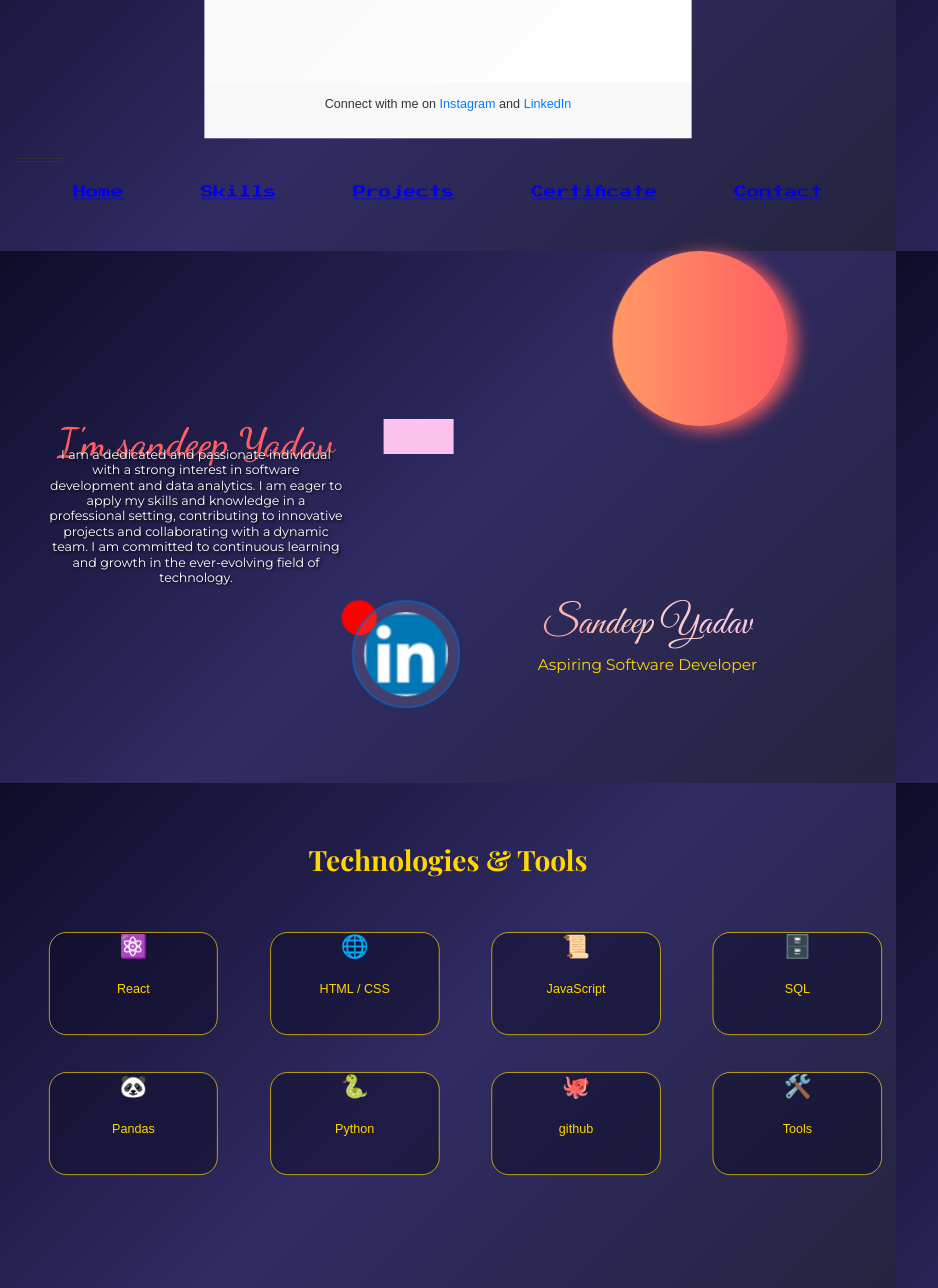
Repository: SandeepYadav18717/Sandeep_portfolio
Page: /
The author's editor kept a copy of each file at every save. The page is drawn from the files as they stood at one save, then again after the next save.
The browser window is 1280 px wide. The page is 1340 px wide, so the pictures cover 1340 px, including what lies to the right of the window. The pictures show the part of the page from y = 401 to 2241 px (the page is 4565 px tall), at 70% of full size.
The project was rebuilt for these pictures with package versions that can differ from the ones it lists, and the page was loaded fresh each time. Also part of the build but not shown: vite.config.js.

Above is the page before, as saved 2025-09-03 05:54:37.

### index.html
<<<<<<< HEAD
 <!DOCTYPE html>
<html lang="en">
<head>
    <meta charset="UTF-8">
    <meta name="viewport" content="width=device-width, initial-scale=1.0">
    <title>Portfolio - Sandeep Yadav</title>
    <style>
        body {
            margin: 0;
            font-family: 'Arial', sans-serif;
            background-color: #ffffff;
            color: #333333;
            height: 100vh;
            display: flex;
            flex-direction: column;
            justify-content: space-between;
        }

        .container {
            max-width: 1200px;
            margin: 0 auto;
            padding: 20px;
            flex: 1;
        }

        .navbar {
            display: flex;
            justify-content: space-between;
            align-items: center;
            padding: 20px;
            background-color: #f8f8f8;
            box-shadow: 0 4px 8px rgba(0, 0, 0, 0.1);
            animation: slideIn 1s ease-out;
        }

        .navbar ul {
            list-style: none;
            display: flex;
            gap: 20px;
        }

        .navbar ul li {
            display: inline;
        }

        .navbar ul li a {
            color: #333333;
            text-decoration: none;
            font-weight: bold;
            transition: color 0.3s;
        }

        .navbar ul li a:hover {
            color: #007bff;
        }

        .hero {
            text-align: center;
            padding: 100px 20px;
            background: linear-gradient(135deg, #f8f8f8, #ffffff);
            animation: fadeIn 2s ease-in-out;
            flex: 1;
        }

        .hero h1 {
            font-size: 3em;
            margin: 0;
            color: #007bff;
            animation: bounceIn 1.5s ease-in-out;
        }

        .hero p {
            font-size: 1.2em;
            margin: 20px 0;
            color: #333333;
            animation: fadeIn 2s ease-in-out;
        }

        .hero a {
            display: inline-block;
            padding: 10px 20px;
            color: #ffffff;
            background-color: #007bff;
            text-decoration: none;
            border-radius: 5px;
            transition: background-color 0.3s;
            animation: fadeIn 2s ease-in-out;
        }

        .hero a:hover {
            background-color: #0056b3;
        }

        .footer {
            text-align: center;
            padding: 20px;
            background-color: #f8f8f8;
            animation: slideIn 1s ease-out;
        }

        .footer a {
            color: #007bff;
            text-decoration: none;
        }

        @keyframes slideIn {
            from {
                transform: translateY(-100%);
                opacity: 0;
            }
            to {
                transform: translateY(0);
                opacity: 1;
            }
        }

        @keyframes fadeIn {
            from {
                opacity: 0;
            }
            to {
                opacity: 1;
            }
        }

        @keyframes bounceIn {
            0%, 20%, 40%, 60%, 80%, 100% {
                transform: translateY(0);
            }
            50% {
                transform: translateY(-20px);
            }
        }
    </style>
</head>
<body>
    <div class="container">
        <nav class="navbar">
            <div class="logo">
                <h1>Portfolio</h1>
            </div>
            <ul>
                <li><a href="index.html">Home</a></li>
                <li><a href="about sandeep.html">About</a></li>
                <li><a href="Sandeep port experience.html">Skills</a></li>
                <li><a href="Sandeep port certifications.html">Certificates</a></li>
            </ul>
        </nav>

        <section class="hero" id="home">
            <h1>Hello! I Am Sandeep Yadav</h1>
            <p>Welcome to my portfolio. Explore my work and skills.</p>

        </section>

        <footer class="footer">
            <p>Connect with me on <a href="https://instagram.com/sandeepyadav782707?utm_source=qr&igshid=ZDc4ODBmNjlmNQ%3D%3D">Instagram</a> and <a href="https://www.linkedin.com/in/sandeep-yadav-0b6357210">LinkedIn</a></p>
        </footer>
    </div>
</body>
</html>
=======
<!doctype html>
<html lang="en">
  <head>
    <meta charset="UTF-8" />
    <link rel="icon" type="image/svg+xml" href="/vite.svg" />
    <meta name="viewport" content="width=device-width, initial-scale=1.0" />
    <title>Vite + React</title>
  </head>
  <body>
    <div id="root"></div>
    <script type="module" src="/src/main.jsx"></script>
  </body>
</html>
>>>>>>> 4fd1c6c (Initial upload of React portfolio project)

### src/App.jsx
import { useEffect } from "react";
import Navbar from "./navbar/Navbar";
import Index from "./Pages/Index";
import Skills from "./Pages/Skills";

import Cards  from "./Cards/Cards";
import Contact from "./Contact/contact";
import Cert from "./Certifitae/Certi.jsx";   // 👈 yaha import kar

import "./App.css";

function App() {
  useEffect(() => {
    const observer = new IntersectionObserver(
      (entries) => {
        entries.forEach((entry) => {
          if (entry.isIntersecting) {
            entry.target.classList.add("visible");
          } else {
            entry.target.classList.remove("visible");
          }
        });
      },
      { threshold: 0.2 } // 20% section visible hote hi trigger
    );

    document.querySelectorAll(".section").forEach((sec) => {
      observer.observe(sec);
    });

    return () => observer.disconnect();
  }, []);

  return (
    <>


      <Navbar />
      <section id="home" className="section"><Index /></section>
      <section id="skills" className="section"><Skills /></section>
      <section id="projects" className="section"><Cards /></section>
      <section id="Certifitae" className="section"><Cert /></section>
       <section id="contact" className="section"><Contact /></section>
    </>
  );
}

export default App;

### src/Navbar/Navbar.jsx
import "./Navabr.css";



import { useState,useEffect } from 'react'
function Navbar() {
  const [loaded, setLoaded] = useState(false);

  useEffect(() => {
    // Trigger animation when component mounts
    setLoaded(true);
  }, []);
  function About(){
    location.href = 'Home.jsx';
    console.log("clickedded");
  }
  function Project(){
    location.href = 'Cards.jsx';
    console.log("clicked");
  }

    return (
        <div id="container">
       <a href="#home" className="nav-item">Home</a>
        <a href="#skills" className="nav-item">Skills</a>
        <a href="#projects" className="nav-item">Projects</a>
        <a href="#Certifitae" className="nav-item">Certificate</a>
        <a href="#contact" className="nav-item">Contact</a>
        </div>
    )
}

export default Navbar;

### src/Pages/Index.jsx

import "./Home.css";
import Linkdin from "../Pages/Linkdin.png"; // Adjust the path based on the actual location

function Home() {
  return (
    <>

     <div id="detail">


     <div id="overlay">I'm sandeep Yadav
       <div id="Linkdin">
        <img src={Linkdin} alt=""
        style={{
        width: "120px",
        height: "120px",
         borderRadius: "50%",
        objectFit: "cover",
        border: "2px solid #0A66C2",
           marginTop: "0px"   }} />
       </div>
      <div id="Instagram"></div>
      <div id="twitter"></div>
     </div>
     <div id="bg-Photo">

     </div>

     <div id="intro">

          I am a dedicated and passionate individual with a strong interest in
          software development and data analytics. I am eager to apply my skills
          and knowledge in a professional setting, contributing to innovative
          projects and collaborating with a dynamic team. I am committed to
          continuous learning and growth in the ever-evolving field of
          technology.

    </div>


   <div id="name">

          Sandeep Yadav
      </div>

   <div id="role">
          Aspiring Software Developer


     </div></div>
     <br/><br/><br/><br/><br/>
    </>
  );
}

export default Home;

### src/Pages/Skills.jsx
import { Card } from "../Cards/Cards"
import "./Skills.css"


function Skills() {
  return (
    <>
      <h1> Technologies & Tools</h1>
      <div id="card-skill">
        <Card
          className="card-skill-1"
          title={<>⚛️</>}
          description="React"
        />
        <Card
          className="card-skill-2"
          title={<>🌐</>}
          description="HTML / CSS"
        />
        <Card
          className="card-skill-3"
          title={<>📜</>}
          description="JavaScript"
        />
        <Card
          className="card-skill-4"
          title={<>🗄️</>}
          description="SQL"
        />
      </div>

      {/* another div line 2 */}
      <div id="card-skill">
        <Card
          className="card-skill-1"
          title={<>🐼</>}
          description="Pandas"
        />
        <Card
          className="card-skill-2"
          title={<>🐍</>}
          description="Python"
        />
        <Card
          className="card-skill-3"
          title={<>🐙</>}
          description="github"
        />
        <Card
          className="card-skill-4"
          title={<>🛠️</>}
          description="Tools"
        />
      </div>
    </>
  )
}

export default Skills;

### src/Contact/contact.jsx
import { useState } from "react";
import "./contact.css";

function Contact() {
  const [name, setName] = useState("");
  const [Email, setEmail] = useState("");
  const [phone, setPhone] = useState("");
  function on(event){
    setName(event.target.value)

  }
   function email(event){
    setEmail(event.target.value)

  }
   function Phone(event){
    setPhone(event.target.value)

  }


  return (
    <>
    <div id="heading">Get in <span style={{color:"gold"}}>Touch</span> With Us
</div>
<br />
<div id="value">
      <input
        type="text"
        onChange={on}

        placeholder="Enter your name"
        className="input-box"
      /><br />
      {name}

      <br />

      <input
      className="input-box"
        type="email"
        onChange={email}
        placeholder="Enter your Email"
      /><br />
     Email is: {Email}
<br />
       <input
       className="input-box"
        type="Phone"
        onChange={Phone}

        placeholder="Enter your Phone number"
      />
      <br />
      Mobile No:{phone}
      <br />
    <br />

  <button >submit</button>
    </div>
    </>
  );
}


export default Contact;

### src/Certifitae/Certi.jsx

import Card from "../Cards/Cards";

import "./certi.css";
import python from "./python.png";
import Html from "./Html.jpg";
import image from "./image_cd97ae3d-5304-4b07-9a13-3357f6d9babd20230831_163952.jpg";
import go from "./Googleanalytics.jpg";

function Cert() {
  return (
    <div>
<h1 style={{ fontFamily: 'Playfair Display' }}> Certifications & Achievements</h1>
      <div id="card-skills">

        <ul>
          <img src={python} alt="python" />

          <img src={Html} alt="" />

          <img src={go} />

        </ul>


      </div>


    </div>
  );
}

export default Cert;

### src/App.css

html { scroll-behavior: smooth; }

.section {
  min-height: 100vh;
  opacity: 0;
  transform: translateY(80px);
  transition: all 1.2s ease-in-out;
  transition-delay: 0.3s;
}

.section.visible {
  opacity: 1;
  transform: translateY(0);
}

### src/Navbar/Navabr.css
@import url('https://fonts.googleapis.com/css2?family=Press+Start+2P&display=swap');
html {
  scroll-behavior: smooth;
}
#container {
    height: 70px;
    width: 100%;
    display: flex;
    justify-content: space-evenly;
    align-items: center;
    font-family: 'Press Start 2P', cursive;
    color: #4e3940;
    background-color: transparent;
    transition: all 0.2s ease-in-out;
}
#container

.nav-item {
    padding: 10px 25px;
    border-radius: 10px;


    transition: all 0.4s ease;
}

#container .nav-item:hover {
    text-shadow: 2px 2px 5px whitesmoke;
    box-shadow: 0 10px 20px rgba(0,0,0,0.5);
    transform: translateY(-10px) scale(1.1);
    background-color:  #4e3940;
    color: whitesmoke;
    cursor: pointer;
}

body{
    background: linear-gradient(135deg,black);
    height: 100vh;
}

### src/Pages/Home.css
@import url('https://fonts.googleapis.com/css2?family=Great+Vibes&display=swap');
@import url("https://fonts.googleapis.com/css2?family=Dancing+Script:wght@600&display=swap");

#detail {
  position: relative;
  margin-top: 0%;
  height: auto;
  padding: 50px;
  display: flex;
  flex-direction: column;
  align-items: center;
}

#bg-Photo {
  height: 250px;
  width: 250px;
  background: linear-gradient(to right, #ff9966, #ff5e62);
  border-radius: 50%;
  margin-bottom: 30px;
  margin-left: 100vh;
  box-shadow: 12px 5px 25px #ff5e62;
  animation: photoSlide 1.5s ease forwards;
   display:flex;
 justify-content: space-between;

}

@keyframes photoSlide {
  from {
    transform: translateY(-200%);
    opacity: 0;
  }
  to {
    transform: translateY(0);
    opacity: 1;
  }
}


#name {
  font-family: 'Montserrat', sans-serif;
  font-size: 30px;
  color: white;
  margin-bottom: 10px;
  margin-left: 50%;
  animation: nameSlide 1.5s ease forwards;
}

@keyframes nameSlide {
  from {
    transform: translateX(-100%);
    opacity: 0;
  }
  to {
    transform: translateX(0);
    opacity: 1;
  }
}


#role {
  font-family: 'Montserrat', sans-serif;
  font-size: 22px;
  color: #ffd700;
  margin-bottom: 20px;
  animation: roleSlide 1.5s ease forwards;
  margin-left: 50%;
}

@keyframes roleSlide {
  from {
    transform: translateX(100%);
    opacity: 0;
  }
  to {
    transform: translateX(0);
    opacity: 1;
  }
}


#intro {
  font-family: 'Montserrat', sans-serif;
  font-size: 18px;
  color: white;
  text-align: center;
  margin-right: 100vh;
  max-width: 100vh;
  text-shadow: 2px 2px 5px black;
  animation: introSlide 2s ease forwards;
  opacity: 0;
}

@keyframes introSlide {
  from {
    transform: translateY(200%);
    opacity: 0;
  }
  to {
    transform: translateY(0);
    opacity: 1;
  }
}
#overlay {
  position: absolute;
  color:  #ff5e62;
  top: 40%;
  left: 5%;
  font-size: 400%;
  height: 100%;
}

#name {
  font-family: 'Great Vibes', cursive;
  font-size: 3.5rem;
  text-align: center;
  margin-top: 20px;


  background: linear-gradient(45deg, #ff9a9e, #fad0c4, #fbc2eb);
  background-clip: text;
  -webkit-text-fill-color: transparent;
}
#overlay{
   font-family:  'Dancing Script', cursive;
  font-size: 3.5rem;
  text-align: center;
  display:flex;
  gap:10px


}




#Linkdin{
  height:50px;
  width:50px;
  margin-top: 45%;
  background-color: red;
  border-radius: 50%;
  animation: photoSlide 1.5s ease forwards;
}
#instagram{
  background-color: #fbc2eb;
   height:50px;
  width:100px;
}

### src/Pages/Skills.css
@import url("https://fonts.googleapis.com/css2?family=Monoton&display=swap");
@import url('https://fonts.googleapis.com/css2?family=Playfair+Display:wght@400;700&display=swap');

html {
  scroll-behavior: smooth;
}
h1 {
  text-align: center;
  color: gold;

  margin-top: 20px;
  font-size: 250%;
  margin-top: 5%;
  font-family: 'Playfair Display';
}
#card-skill {
  height: 200px;
  display: flex;

  align-items: center;
  gap:2%;
  border-radius: 20px;
  color: white;
  width:100%




}
.card-skill-1,.card-skill-2,.card-skill-3,.card-skill-4{
    background-color:  rgba(15, 12, 41, 0.7);
    border: 1px solid gold;
    height:145px;
    width:250px;
    background: rgba(15, 12, 41, 0.5);
    border-radius: 25px;
    margin-left: 4%;
    margin-top: 5%;
    text-align: center;
    color: #ffd700


 ;


}
.card-skill-1:hover,.card-skill-2:hover,.card-skill-3:hover,.card-skill-4:hover,.card-skill.h3:hover{
    border-color: #ffd700;
    box-shadow: 10px 15px 15px rgba(255, 215, 0, 0.2),  0 2.5px 5px crimson;
    transform: scale(1.3);
    border:2px, double ,gold;

}
.card-skill.h3 {
  color: yellow;
  background: transparent;
  display: inline-block;
  font-size: 20px;
  transition: transform 0.3s ease, color 0.3s ease;
  height: 35px;
  width:250px;
}

### src/Cards/Card.css
@import url('https://fonts.googleapis.com/css2?family=Montserrat:wght@400;700&display=swap');
@import url('https://fonts.googleapis.com/css2?family=Cinzel:wght@600&display=swap');



#card-contain{
    display: flex;

    height:250px;
    margin-top: 10%;
    justify-content: center;
    border-radius: 25px;
    gap:4%



}


.Back {
  background: linear-gradient(135deg, #3a1c71, #d76d77, #ffaf7b);
  height: 250px;
  width: 250px;
  border-radius: 25px 80px 25px  80px;
  border: 3px double gold;
   margin-left: 0px;
   padding-left: 20px;
   padding-top: 20px;
  transition: transform 0s ease;
  box-shadow: 5px 10px 18px 5px black ;
  animation: card 1s ease-in-out 0s;

}
@keyframes card {
  0%{
    transform: scale(0.5);
    opacity: 0;


  }


  100%{
    transform: scale(1);
    opacity: 200;
  }

}

.Back:hover {
 transform: rotateY(180deg);
 height:400px;
 color: wheat;
  background: linear-gradient(135deg, #0f0c29, #302b63, #24243e);
  border: 3px solid gold;
  box-shadow: 5px 10px 18px  crimson;
  font-size: small;
  font-family:'Montserrat' ;
}

.Back-X {
  background: linear-gradient(-135deg, #3a1c71, #d76d77, #ffaf7b);
  height: 250px;
  width: 250px;
  padding-left: 20px;
  padding-top: 50px;
  border-radius: 50px;
   margin-left: 0px;
  transition: transform 0s ease;
  box-shadow: 5px 10px 18px 10px black;


}
.Back-X:hover {
  transform: rotateX(180deg);
 height:400px;
 padding-top: 20px;
 font-size: small;
 color: wheat;
  background: linear-gradient(135deg, #0f0c29, #302b63, #24243e);
  border: 3px solid gold;
  box-shadow: 5px 10px 18px  crimson;
  font-family:'Montserrat' ;



}

.card-1,.card-3  {
  border-radius: 25px;
  height: 250px;
   margin-left: 40px;
  color: transparent;
  transition: transform 1s ease;


}
.card-1:hover {
  transform: rotateY(180deg);


}


.card-2,.card-4 {

  height: 450px;
  width: 250px;
  border-radius: 25px;
   margin-left: 40px;
  transition: transform 1s ease;
  color: transparent;

}

.card-2:hover {
  transform: rotatex(180deg);

}


.card-3:hover {
  transform: rotateY(180deg);
   color: wheat;
}

.card-4:hover {
  transform: rotateX(180deg);

}
body{
 background: linear-gradient(135deg, #0f0c29, #302b63, #24243e);
            color: #f8f8f8;
            min-height: 100vh;
            padding: 20px;
}
h3{
  color: yellow;
  font-size: xx-large;
  margin-top:0% ;
}
h3:hover{
  color: yellow;

  margin-top:0% ;
}
p{
  margin-top: 0%;
}

### src/Contact/contact.css
html {
  scroll-behavior: smooth;
}

body{
    background-color: azure;
    color: aqua;
    font-size: large;
}
.input-box {
             display: inline-flex;
            align-items: center;
            gap: 15px;
            margin-top: 2%;
            padding: 18px 40px;
            background: linear-gradient(135deg, var(--gold) 0%, #B8860B 100%);
            color: var(--dark);
            border: none;
            font-weight: 600;
            border-radius: 2px;
            transition: var(--transition);
            box-shadow: 0 10px 30px rgba(212, 175, 55, 0.3);
            cursor: pointer;



}
@keyframes input {
   25% {
    transform: translateY(-1225px);
  }
  50% {
    transform: translateZ(100px) translateY(100px);
  }
  75% {
    transform: translateZ(1225px);
  }
}


.input-box:focus {
  border-color: #007bff;
  box-shadow: -4px 15px 25px rgba(240, 241, 243, 0.5);
  width: 500px;

}
button{
    display: inline-flex;
            align-items: center;

            gap: 15px;
            padding: 18px 40px;
            background: linear-gradient(to right, #ff9966, #ff5e62);
            color: Gold;
            border: yellow;
            font-weight: 600;
            border-radius: 2px;
            transition: var(--transition);
            box-shadow: 0 10px 30px rgba(212, 175, 55, 0.3);
            cursor: pointer;
}
button:hover{
     transform: translateY(-3px);
            box-shadow: 0 15px 40px rgba(212, 175, 55, 0.4);
}
#heading{
    font-size: xxx-large;
    color:  #f9dcdc;
    text-shadow: 1px 1px 4px  gold;
    text-align: center;
}

### src/Certifitae/certi.css
@import url('https://fonts.googleapis.com/css2?family=Playfair+Display:wght@400;700&display=swap');
@import url('https://fonts.googleapis.com/css2?family=Playfair+Display:wght@400;700&display=swap');
html {
  scroll-behavior: smooth;
}
h1 {
  font-family: 'Playfair Display', serif;
  font-size: 2.5rem;     /* bada heading */
  text-align: center;    /* beech me laane ke liye */
  margin-bottom: 20px;
  color: gold;           /* classy golden heading */
}
#card-skills{
    border:4px solid gold;
     height: 500px;
  display: flex;
  margin-left: 5%;
  align-items: center;
  gap:2%;
  border-radius: 20px;
  color: white;
  width:90%;
  background: linear-gradient(135deg, rgba(15, 12, 41, 0.8), rgba(48, 43, 99, 0.8));
 padding: 0px;
            margin-top: 0px;
            border: 2px solid rgba(255, 215, 0, 0.3);
        }
/* .card1,.card2,.card3,.card4{
                background: rgba(255, 255, 255, 0.1);
            border-radius: 10px;
            padding: 15px;
            width: 280px;
            height:100px;
            margin-left: 15px;
            transition: all 0.3s ease;
        }
        .card3{
            margin-top: 25%;
        }
        .card2{
            margin-left: 25%;
        }


.card1:hover,.card2:hover,.card3:hover,.card4:hover,.card-skill.h3:hover{



  transform: translateY(-5px);
            box-shadow: 0 10px 20px rgba(0, 0, 0, 0.3);
} */
img  {
      background: rgba(255, 255, 255, 0.1);
            border-radius: 10px;
            padding: 15px;
            width: 350px;
            height:250px;
            margin-left: 15px;
            margin-top: 0%;
            transition: all 0.3s ease;
}
img:hover{
     transform: translateY(-5px);
            box-shadow: 0 10px 20px rgba(0, 0, 0, 0.3);
}

Loaded but not shown: src/main.jsx (common file); src/index.css (common file); src/Cards/Cards.jsx (86 lines, source omitted)

After the next save:
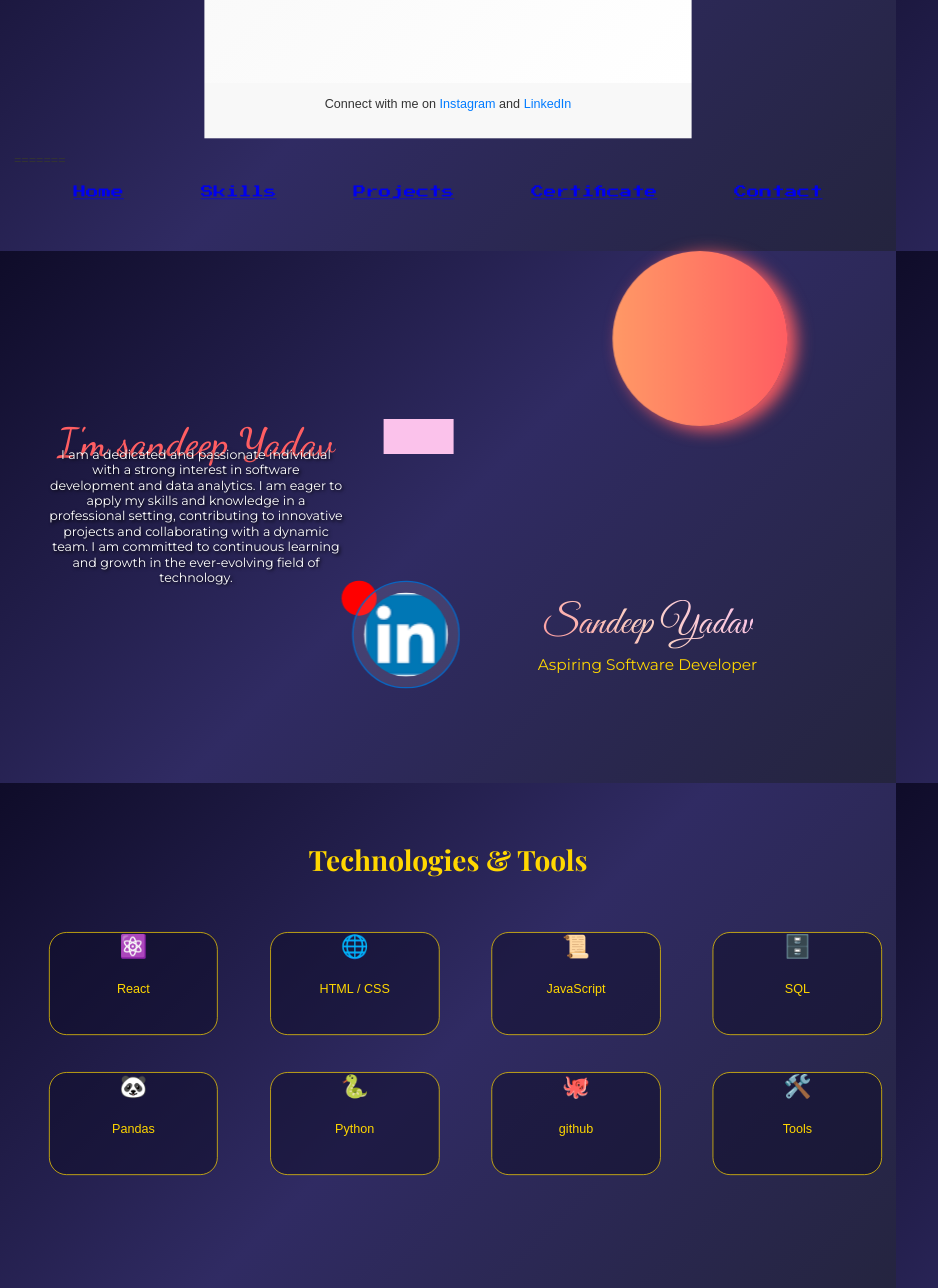
Saved 14 s later.
--- a/src/Pages/Home.css
+++ b/src/Pages/Home.css
@@ -137,7 +137,7 @@
 #Linkdin{
   height:50px;
   width:50px;
-  margin-top: 45%;
+  margin-top: 40%;
   background-color: red;
   border-radius: 50%;
   animation: photoSlide 1.5s ease forwards;
